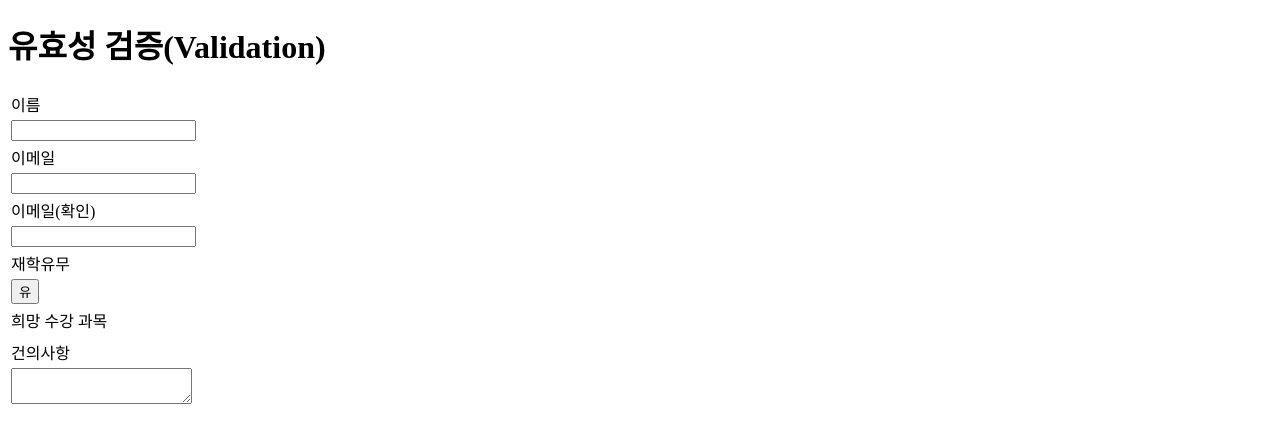
Repository: brotherdoor/myworkplace
Page: http://localhost/AjaxWithXML/validation.jsp
An editor plug-in stored every save of this project. The page is shown before and after the next save, followed by the edit.
The browser window is 1280 px wide. The pictures show the whole page.
Some web libraries are served in a nearby version. The page is served by Tomcat 9.

Above is the page before, as saved 2017-03-10 02:38:51.

After the next save:
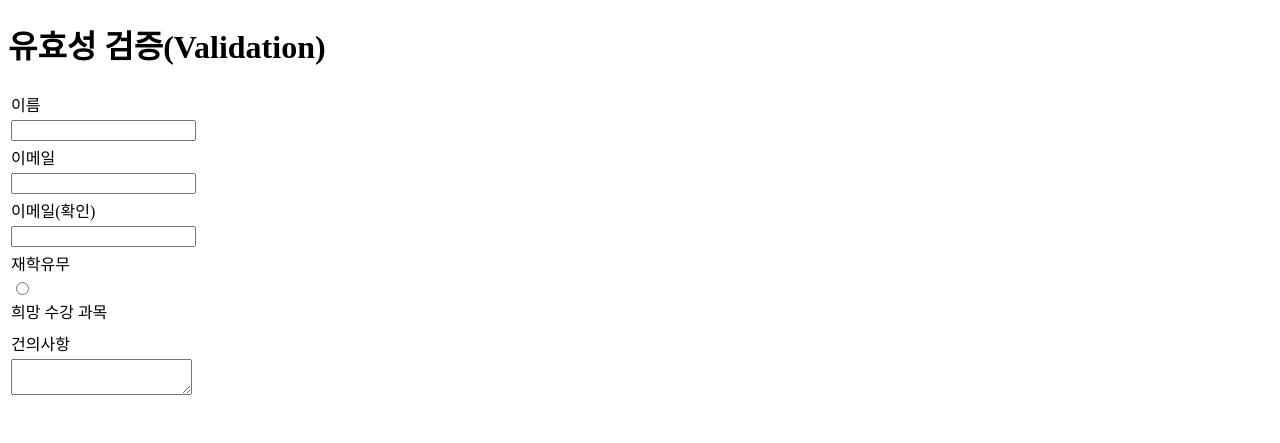
Saved 28 s later.
--- a/mybatis/AjaxWithXML/WebContent/validation.jsp
+++ b/mybatis/AjaxWithXML/WebContent/validation.jsp
@@ -19,7 +19,7 @@
 			<tr><td>이메일(확인)</td></tr>
 			<tr><td><input type="text" id="name"></td></tr>
 			<tr><td>재학유무</td></tr>
-			<tr><td><button type="radio">유</button></td></tr>
+			<tr><td><input type="radio"></td></tr>
 			<tr><td>희망 수강 과목</td></tr>
 			<tr><td></td></tr>
 			<tr><td>건의사항</td></tr>
